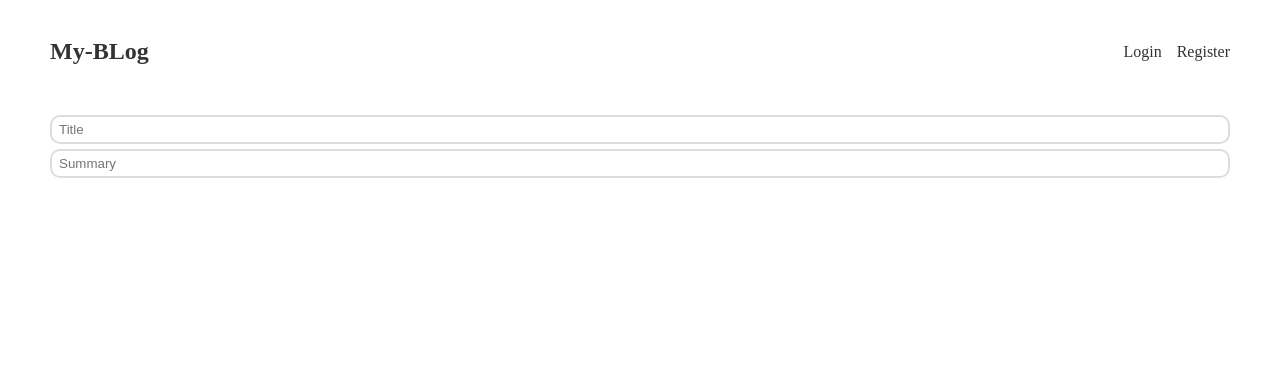
Repository: Attar786/mernblog
Page: /create (app in client/)
The author's editor kept a copy of each file at every save. The page is drawn from the files as they stood at one save, then again after the next save.
The browser window is 1280 px wide. The pictures show the whole page.
The page's requests for data from a server got no answer. The project was rebuilt for these pictures with package versions that can differ from the ones it lists, and the page was loaded fresh each time. No one was signed in, and anything a server would have sent is missing. Also part of the build but not shown: client/vite.config.js, client/src/components/Post.jsx, client/src/pages/IndexPage.jsx, client/src/pages/LoginPage.jsx, client/src/pages/RegisterPage.jsx, client/src/index.css.

Above is the page before, as saved 2024-08-29 15:50:12.

### client/src/main.jsx
import { StrictMode } from 'react'
import { createRoot } from 'react-dom/client'
import App from './App.jsx'
import './index.css'
import { BrowserRouter } from 'react-router-dom'

createRoot(document.getElementById('root')).render(
  <StrictMode>
    <BrowserRouter>
    <App />
    </BrowserRouter>
  </StrictMode>
)

### client/src/App.jsx
import "./App.css";
import Layout from "./components/Layout";
import { Routes, Route } from 'react-router-dom';
import IndexPage from "./pages/IndexPage";
import LoginPage from "./pages/LoginPage";
import RegisterPage from "./pages/RegisterPage";
import { UserContextProvider } from "./UserContext";
import CreatePost from "./pages/CreatePost";

const App = () => {
  return (
    <UserContextProvider>
      <Routes>
        <Route path="/" element={<Layout />}>
          <Route index element={<IndexPage />} />
          <Route path="/login" element={<LoginPage />} />
          <Route path="/register" element={<RegisterPage />} />
          <Route path="/create" element={<CreatePost/>} />
        </Route>
      </Routes>
    </UserContextProvider>
  );
}

export default App;

### client/src/App.css
*{
  box-sizing: border-box;
}

main{
  padding: 10px;
  max-width: 1200px;
  margin: 0 auto;
}
img{
  max-width: 100%;
  height: auto;
}
header{
  display: flex;
  justify-content: space-between;
  margin-bottom: 50px;
  align-items: center;
  margin-top: 20px;
}

header a{
  text-decoration: none;
  color: #333;
}
header a.logo{
  font-weight:bold;
  font-size: 1.5rem;

}
header nav{
  display: flex;
  gap: 15px;
}
.post{
  display: grid;
  grid-template-columns: 0.9fr 1.1fr;
  gap: 20px;
  margin-bottom: 30px;
}
.texts h2{
  margin: 0;
  font-size: 1.4rem;
}
p.info{
  margin: 6px 0;
  color: #888;
  font-size: 0.7rem;
  font-weight: bold;
}
p.summary{
  margin: 0;
  line-height: 1.2rem;
}
p.info author{
  /* margin: 6px 0; */
  color: #333;
  /* font-size: 0.7rem; */
  font-weight: bold;
}

/* form pages styling */
form.login, form.register
{
  max-width: 400px;
  margin: 0 auto;
}
form input{
  display: block;
  width: 100%;
  margin-bottom: 5px;
  padding: 5px 7px;
  border: 2px solid #ddd;
  border-radius: 10px;
  background-color: #fff;

}
form button{
width: 100%;
border-radius: 10px;
background-color:#555;
border: none;
padding: 10px;
color: white;
cursor: pointer;
}
form h1{
  text-align: center;
}

### client/src/components/Layout.jsx
import { Outlet } from "react-router-dom"
import Header from "./Header"

const Layout = () => {
  return (
    <>
    <main>
        <Header/>
        <Outlet/>
    </main>
    </>
  )
}

export default Layout

### client/src/UserContext.jsx
import { createContext, useState } from "react";

export const UserContext = createContext({});

export function UserContextProvider({ children }) {
    const [userInfo, setUserInfo] = useState({});

    return (
        <UserContext.Provider value={{ userInfo, setUserInfo }}>
            {children}
        </UserContext.Provider>
    );
}

### client/src/pages/CreatePost.jsx

const CreatePost = () => {
  return (
    <form>
        <input type="text" name="" id="" placeholder="Title"/>
        <input type="text" name="" id="" placeholder="Summary"/>
    </form>
  )
}

export default CreatePost

### client/src/components/Header.jsx
import { Link } from "react-router-dom"
import { useContext, useEffect, useState } from "react"
import { UserContext } from "../UserContext";
const Header = () => {
const {setUserInfo, userInfo} = useContext(UserContext);
  useEffect(() => {
    fetch('http://localhost:5000/profile',{
      credentials: 'include',
    }).then(response => {
response.json().then(userInfo => {
  setUserInfo(userInfo);
})
    })
  }, []);

  function logout()
  {
    fetch('http://localhost:5000/logout',{
      method: 'POST',
      credentials: 'include',
    });
setUserInfo(null);
  }

  const username = userInfo?.username;


  return (
    <>
          <header>
          <Link to="/" className='logo'>My-BLog</Link>
<nav>
  {username && (
    <>
    <Link to="/create">Create New Post</Link>
    <a href="" onClick={logout}>Logout</a>
    </>
  )}
  {!username && (
    <>
    <Link to="/login">Login</Link>
  <Link to="/register">Register</Link>
    </>
  )}

</nav>
        </header>
    </>
  )
}

export default Header

Loaded but not shown: client/index.html (common file)

After the next save:
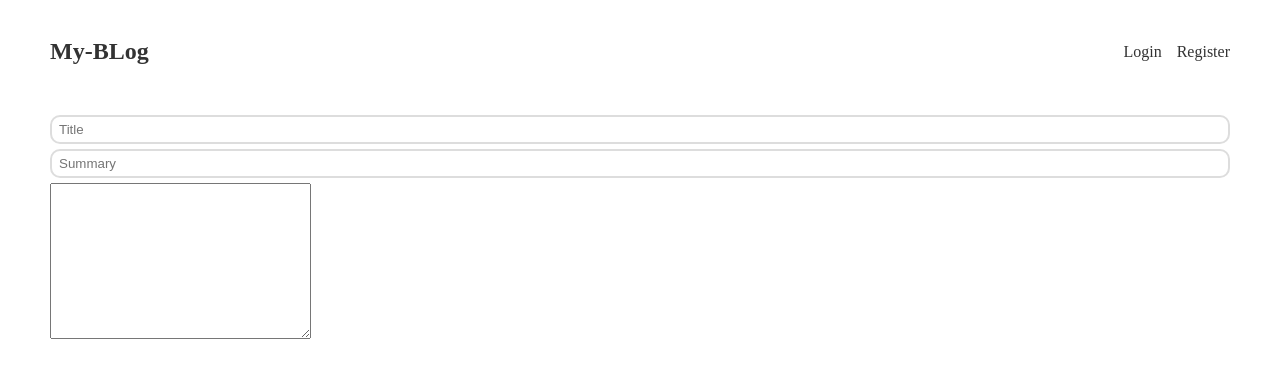
Saved 54 s later.
--- a/client/src/pages/CreatePost.jsx
+++ b/client/src/pages/CreatePost.jsx
@@ -4,6 +4,7 @@
     <form>
         <input type="text" name="" id="" placeholder="Title"/>
         <input type="text" name="" id="" placeholder="Summary"/>
+        <textarea name="" id="" cols={30} rows={10}></textarea>
     </form>
   )
 }
